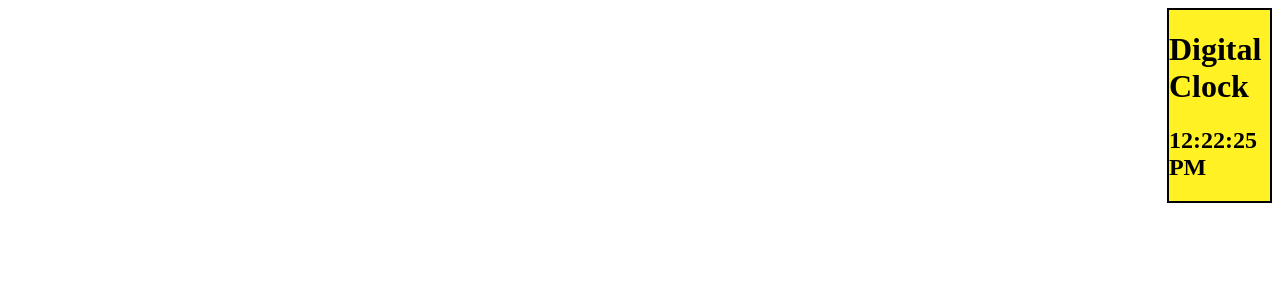
Repository: ashwani436/React-Assignment-5---Digital-Clock
Page: /
An editor plug-in stored every save of this project. The page is shown before and after the next save, followed by the edit.
The browser window is 1280 px wide. The pictures show the whole page.
The project was rebuilt for these pictures with package versions that can differ from the ones it lists, and the page was loaded fresh each time. Also part of the build but not shown: webpack.config.js.

Above is the page before, as saved 2021-02-20 12:32:00.

### src/index.js
import { StrictMode } from "react";
import ReactDOM from "react-dom";
import React from "react";
import App from "./components/App";

const rootElement = document.getElementById("root");
ReactDOM.render(
  <StrictMode>
    <App />
  </StrictMode>,
  rootElement
);

### src/components/App.js
import React, {Component, useState} from "react";
import '../styles/App.css';

class App extends Component {
    constructor() {
        super();
        this.state = { time: new Date() }; // initialise the state
    }

    componentDidMount() { // create the interval once component is mounted
        this.update = setInterval(() => {
            this.setState({ time: new Date() });
        }, 1 * 1000); // every 1 seconds
    }

    componentWillUnmount() { // delete the interval just before component is removed
        clearInterval(this.update);
    }

    render() {
        const { time } = this.state; // retrieve the time from state

        return (<div className="Clock">
            <h1 id="time">Digital Clock</h1>
            <h2>
                {/* print the string prettily */}
                {time.toLocaleTimeString()}
            </h2>
        </div>);
    }
}


export default App;

Loaded but not shown: src/index.html (common file); src/styles/App.css (common file)

After the next save:
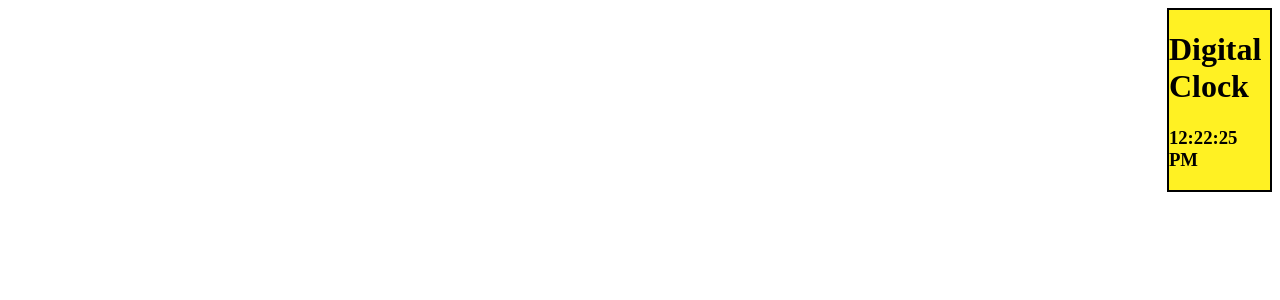
Saved 50 s later.
--- a/src/components/App.js
+++ b/src/components/App.js
@@ -22,10 +22,10 @@ class App extends Component {
 
         return (<div className="Clock">
             <h1 id="time">Digital Clock</h1>
-            <h2>
+            <h3>
                 {/* print the string prettily */}
                 {time.toLocaleTimeString()}
-            </h2>
+            </h3>
         </div>);
     }
 }
